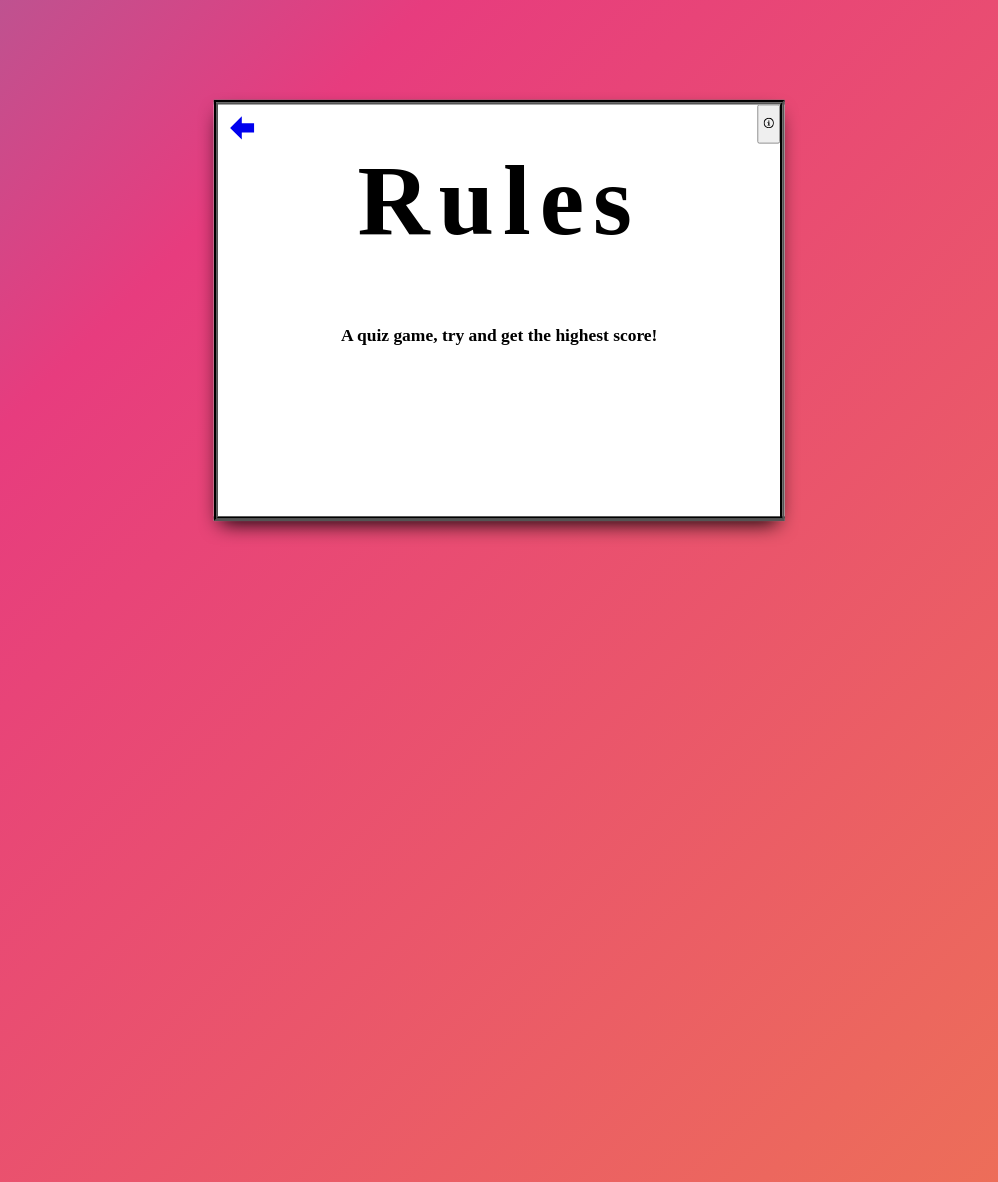
Repository: PatrickTheCodeGuy/QuizApp
Page: /newGame (app in quizapp/)
The author's editor kept a copy of each file at every save. The page is drawn from the files as they stood at one save, then again after the next save.
The browser window is 1280 px wide. The pictures show the whole page, at 78% of full size.
The project was rebuilt for these pictures with package versions that can differ from the ones it lists, and the page was loaded fresh each time. A package was used in the major version that the imports need, not the one package.json lists. Also part of the build but not shown: quizapp/src/App.css, quizapp/src/components/Leaderboard/Leaderboard.css, quizapp/src/components/Leaderboard/Leaderboard.js, quizapp/src/components/StartMenu/StartMenu.js, quizapp/src/App.js.

Above is the page before, as saved 2021-07-08 19:04:26.

### quizapp/src/index.js
import React from 'react';
import ReactDOM from 'react-dom';
import './index.css';
import App from './App';
import GameInfo from './components/GameInfo/GameInfo';
import reportWebVitals from './reportWebVitals';
import {
  BrowserRouter as Router,
  Switch,
  Route,
  Link
} from "react-router-dom";

ReactDOM.render(
  <React.StrictMode>
    <Router>
          <Switch>
              <Route exact path="/" component={App}/>
              <Route path="/newGame" component={GameInfo}/>
          </Switch>
      </Router>
  </React.StrictMode>,
  document.getElementById('root')
);

// If you want to start measuring performance in your app, pass a function
// to log results (for example: reportWebVitals(console.log))
// or send to an analytics endpoint. Learn more: https://bit.ly/CRA-vitals
reportWebVitals();

### quizapp/src/index.css
body {
  margin: 0;
  font-family: -apple-system, BlinkMacSystemFont, 'Segoe UI', 'Roboto', 'Oxygen',
    'Ubuntu', 'Cantarell', 'Fira Sans', 'Droid Sans', 'Helvetica Neue',
    sans-serif;
  -webkit-font-smoothing: antialiased;
  -moz-osx-font-smoothing: grayscale;
  background: linear-gradient(-45deg, #ee7752, #e73c7e, #23a6d5, #23d5ab);
    background-size: 400% 400%;
    animation: gradient 15s ease infinite;
}

code {
  font-family: source-code-pro, Menlo, Monaco, Consolas, 'Courier New',
    monospace;
}
html, body, #app, #app>div {
  width: 100%;
  height:100%;
}

hr.rounded {
  border-top: 5px solid black;
    border-radius: 1px;
    width: 55%;
}

#root{
  display:flex;
}


@keyframes gradient {
    0% {
        background-position: 0% 50%;
    }
    50% {
        background-position: 100% 50%;
    }
    100% {
        background-position: 0% 50%;
    }
}

### quizapp/src/components/GameInfo/GameInfo.js
import React, { useState } from 'react';
import './GameInfo.css';
import {
	Link
} from 'react-router-dom';
import{ ImArrowLeft, ImInfo }from 'react-icons/im';
import Modal from 'react-modal';


function GameInfo() {
	// Fix for screen readers getting an error on modal mount
	Modal.setAppElement('#root');

	// Modal hook
	const [modalIsOpen, setModalIsOpen] = useState(false);
    return(
        <div className="gameInfo-container">
            <div className="gameInfo-header">
                <Link className="back-button" to="/">
																		<ImArrowLeft size={32} className="back-arrow"/>
																</Link>
																<button onClick={() => setModalIsOpen(true)}>
																	<ImInfo className="info-icon"/>
																</button>
																<Modal onRequestClose={() => setModalIsOpen(false)} isOpen={modalIsOpen}>
																		<h1>Modal is Open</h1>
																</Modal>
            </div>
            <div className="gameInfo-body">
																<h1 className="menu-text">Rules</h1>
                <p className="regular-text">A quiz game, try and get the highest score!</p>
            </div>

												</div>
    )
}

export default GameInfo;

### quizapp/src/components/GameInfo/GameInfo.css
.gameInfo-container{
    border: 6px groove black;
    text-align: center;
    background-color: white;
    box-shadow: 0px 12px 25px -8px #000000;
    width: 45em;
    height: 33em;
    margin: 10% auto;
}

.back-button {
    margin-left: 2%;
    margin-top: 2%;
}

.gameInfo-header{
    display: flex;
    justify-content: space-between;
}

### quizapp/src/components/StartMenu/StartMenu.css
.menu-text{
    font-family: 'Pacifico', cursive;
    font-size: 8em;
    letter-spacing: 0.09em;
    margin-top: 0%;
}

.regular-text{
    font-family:fantasy;
    font-weight:900;
    font-size: 1.4em;
    margin-bottom: 10%;
}

.button-start{
    padding: 20px 50px;
    font-family: 'Press Start 2P', cursive;
    height: 12%;
    background: linear-gradient(-42deg, #ee7752, #e73c7e, #23a6d5, #23d5ab);
    background-size: 400% 400%;
    animation: gradient 13s ease infinite;
    margin-top: 5%;
    color: white;
    border: none;
    font-size: x-large;
    font-weight: 600;
    transition: background-color 0.1s ease;
}

.button-start:hover{
    background: linear-gradient(-42deg, #a45137, #91254e, #15607b, #158268);
    background-size: 400% 400%;
    animation: gradient 13s ease infinite;
    color: black;
}

.button-start:active {
    border: 2px solid rgba(0, 0, 0, 0.564);
    background: white;
    color: rgb(43, 43, 43);
    transform: translateY(4px);
}

.menu-container{
    border: 6px groove black;
    text-align: center;
    background-color: white;
    box-shadow: 0px 12px 25px -8px #000000;
    width: 45em;
    height: 33em;
    margin: 20% 15%;
}

Loaded but not shown: quizapp/src/reportWebVitals.js (common file)

After the next save:
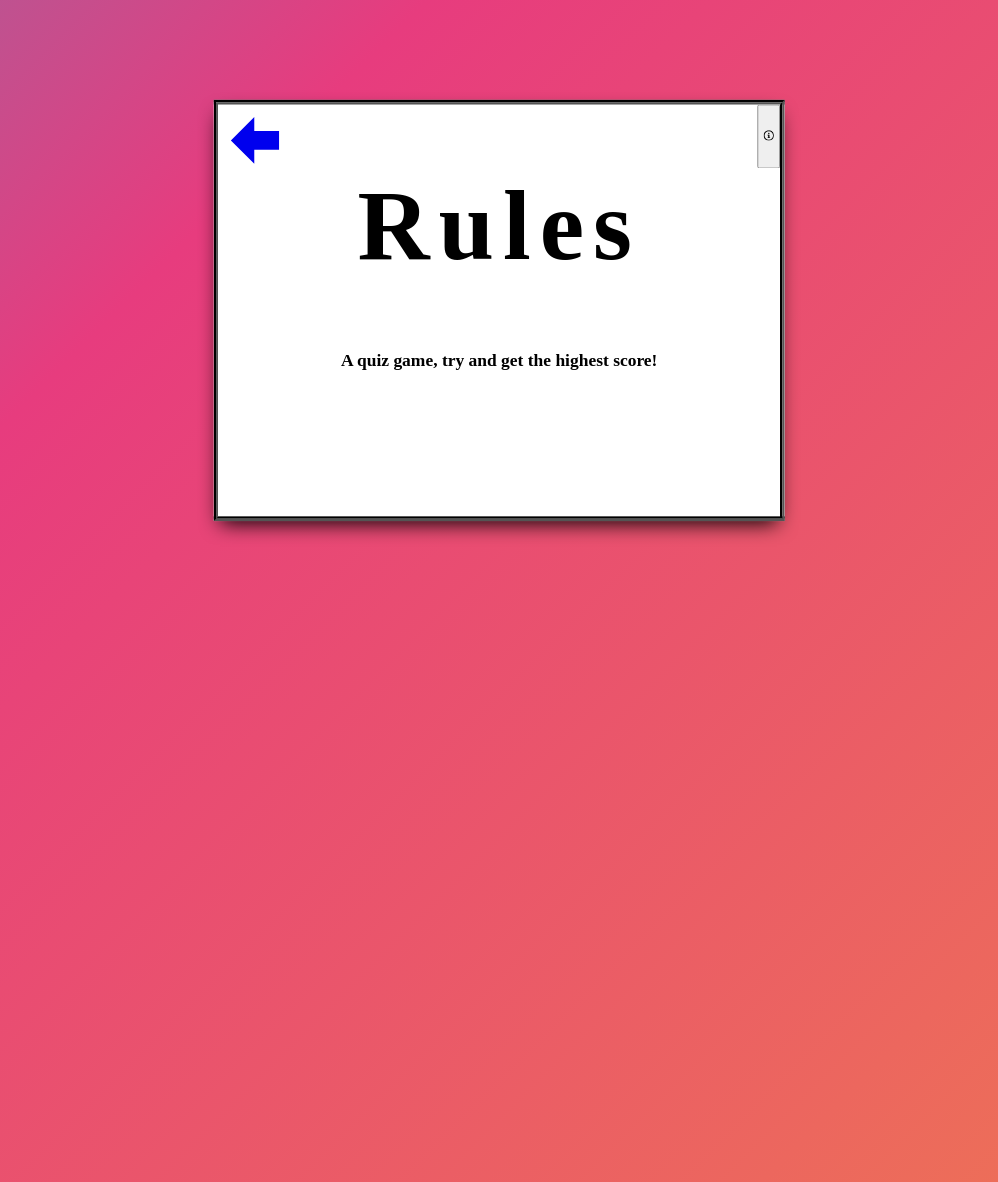
Saved 13 s later.
--- a/quizapp/src/components/GameInfo/GameInfo.js
+++ b/quizapp/src/components/GameInfo/GameInfo.js
@@ -17,7 +17,7 @@ function GameInfo() {
         <div className="gameInfo-container">
             <div className="gameInfo-header">
                 <Link className="back-button" to="/">
-																		<ImArrowLeft size={32} className="back-arrow"/>
+																		<ImArrowLeft size={64} className="back-arrow"/>
 																</Link>
 																<button onClick={() => setModalIsOpen(true)}>
 																	<ImInfo className="info-icon"/>
